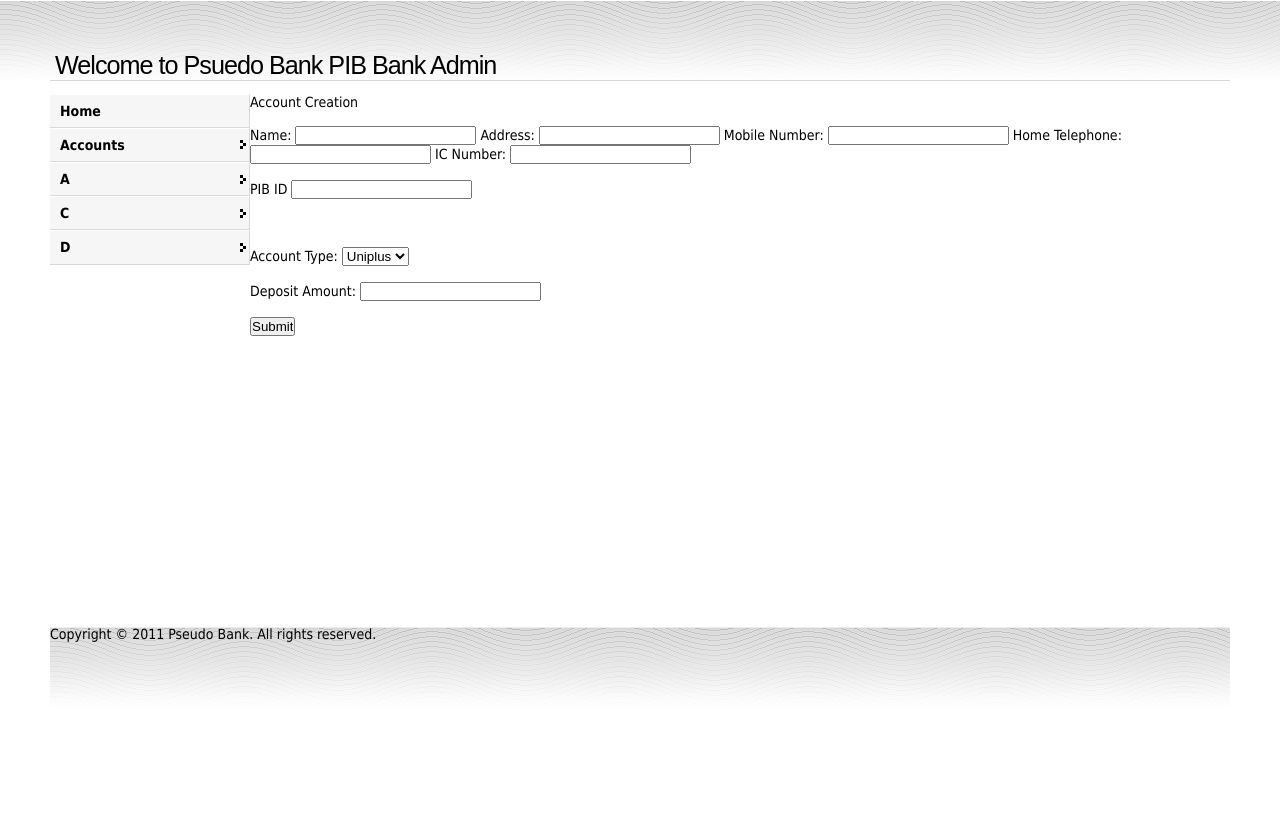
Repository: hareth12/Final-Year-Project
Page: http://localhost/bankAdmin/Account/accountCreation1.jsp
The author's editor kept a copy of each file at every save. The page is drawn from the files as they stood at one save, then again after a run of saves.
The browser window is 1280 px wide. The pictures show the whole page.
The page is served by Tomcat 9.

Above is the page before, as saved 2011-09-30 12:22:37.

After the next 2 saves:
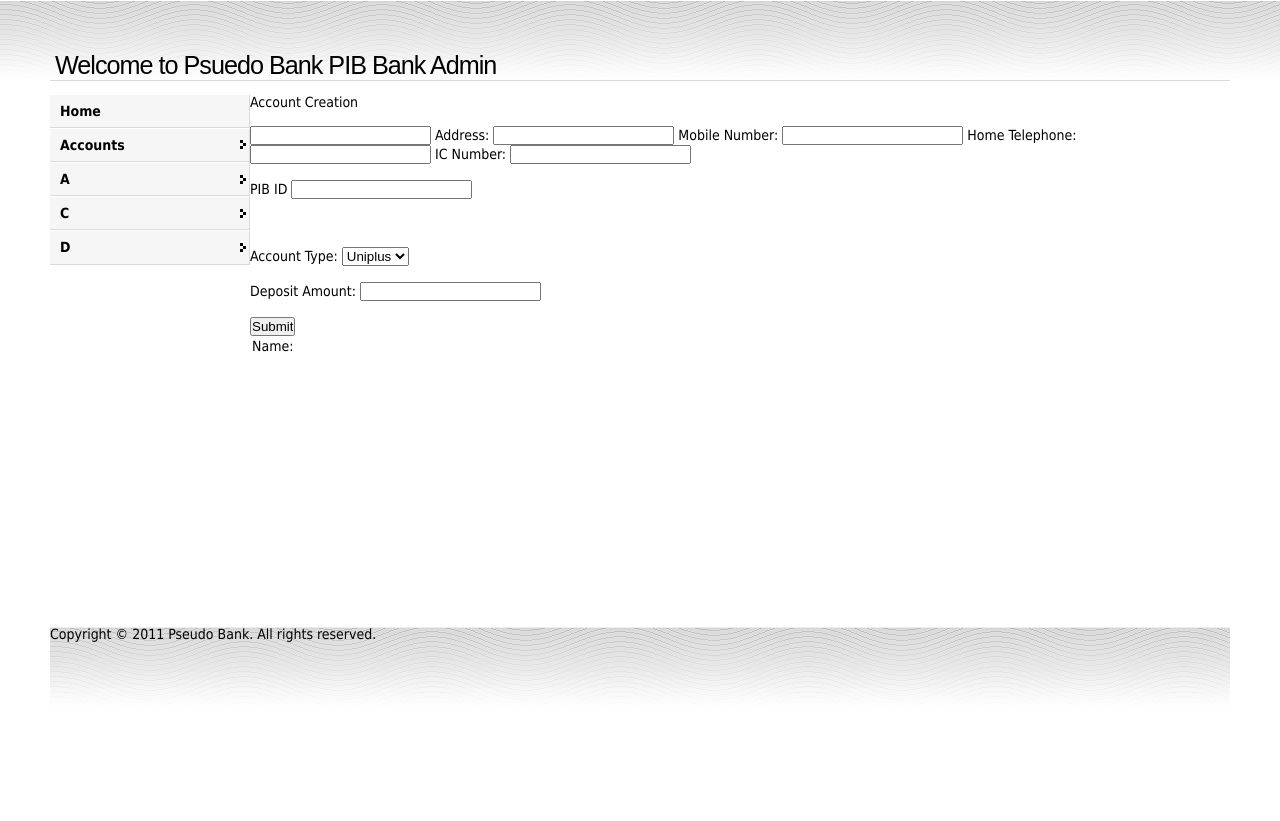
The 2 saves are shown as one change because they came seconds apart.
The last was saved 15 s later.
--- a/bankAdmin/WebContent/Account/accountCreation1.jsp
+++ b/bankAdmin/WebContent/Account/accountCreation1.jsp
@@ -68,7 +68,7 @@
 		<form name="input" action="/bankAdmin/AccountCreation2" method="post">
 		<table>
 		<tr>
-		Name: <input type="text" name="name" />
+		<td>Name:</td> <input type="text" name="name" />
 		</tr>
 		<tr>
 		Address: <input type="text" name="address" />
